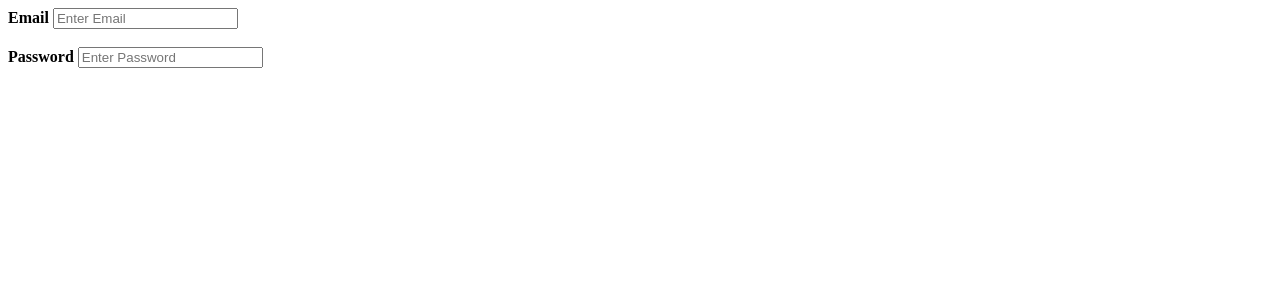
Repository: jagdishpatil18/JavaAdv
Page: LoginApp/WebContent/WEB-INF/index.html
These files come from the project's save history. The page is drawn as it stood at one moment and after the next save; the edit follows.
The browser window is 1280 px wide. The pictures show the whole page.

Above is the page before, as saved 2017-04-26 12:59:06.

### LoginApp/WebContent/WEB-INF/index.html
<!DOCTYPE html>
<html>
<head>
<meta charset="UTF-8">
<title>Insert title here</title>
</head>
<body>
<form action="/Loginservlet" method="get">
<label><b>Email</b></label>
<input type="text" placeholder="Enter Email" name="email"><br></br>
<label><b>Password</b></label>
<input type="password" placeholder="Enter Password" name="password"> <br>
</form>

</body>
</html>

After the next save:
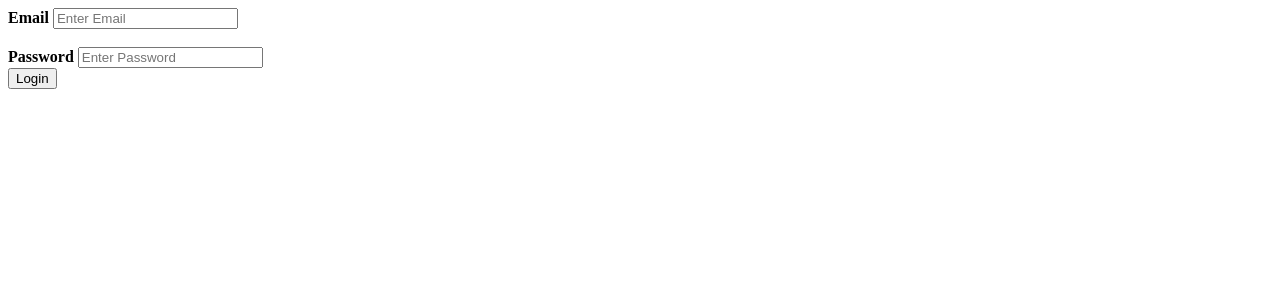
Saved 6 min 7 s later.
--- a/LoginApp/WebContent/WEB-INF/index.html
+++ b/LoginApp/WebContent/WEB-INF/index.html
@@ -10,6 +10,7 @@
 <input type="text" placeholder="Enter Email" name="email"><br></br>
 <label><b>Password</b></label>
 <input type="password" placeholder="Enter Password" name="password"> <br>
+<input type="submit" value="Login">
 </form>
 
 </body>
